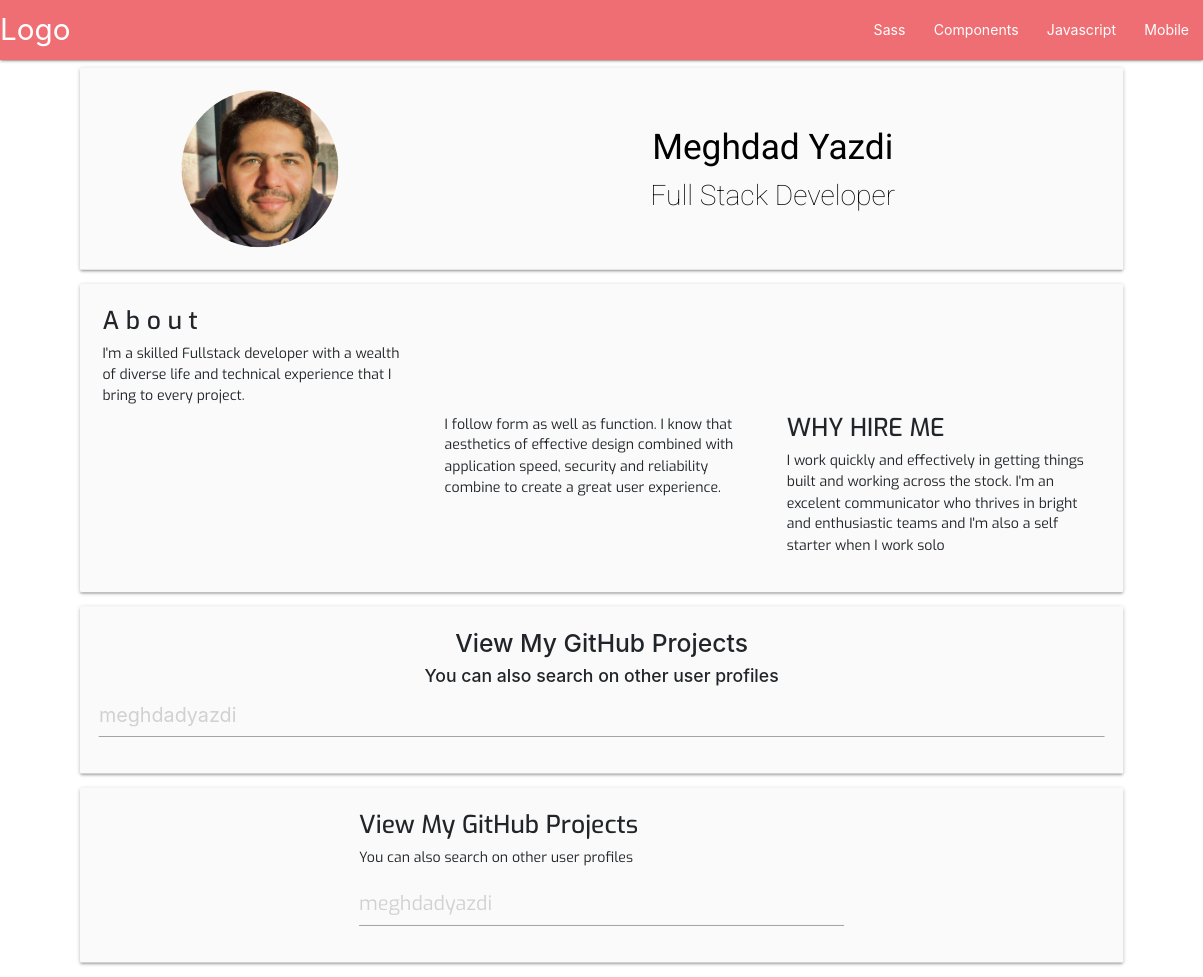
Repository: meghdadyazdi/SD_Res
Page: index.html
The author's editor kept a record of every edit. The page is drawn from the files as they stood at one moment, then again after the next edit.
The browser window is 1280 px wide. The pictures show the whole page, at 94% of full size.

Above is the page before.
Console error: ReferenceError: $ is not defined

After the next edit:
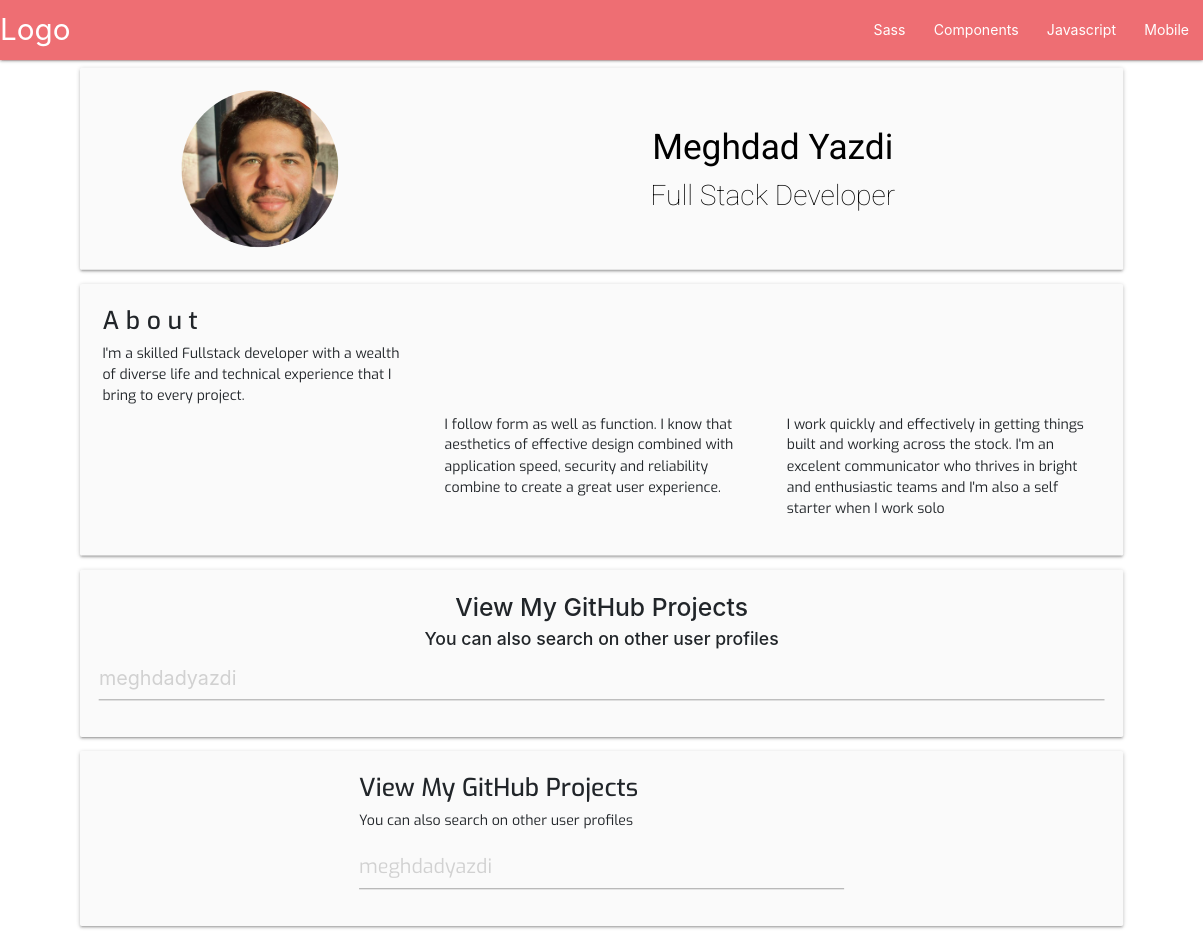
The edit:
--- a/index.html
+++ b/index.html
@@ -81,7 +81,7 @@
             </p>
             </div>
             <div class="col-sm-6 col-md-4 text_font">
-              <h3>WHY HIRE ME</h3>
+              <!--<h3>WHY HIRE ME</h3>-->
             <p>
               I work quickly and effectively in getting things built and working across the stock. I'm an excelent communicator who thrives in bright and enthusiastic teams and I'm also a self starter when I work solo
             </p>
